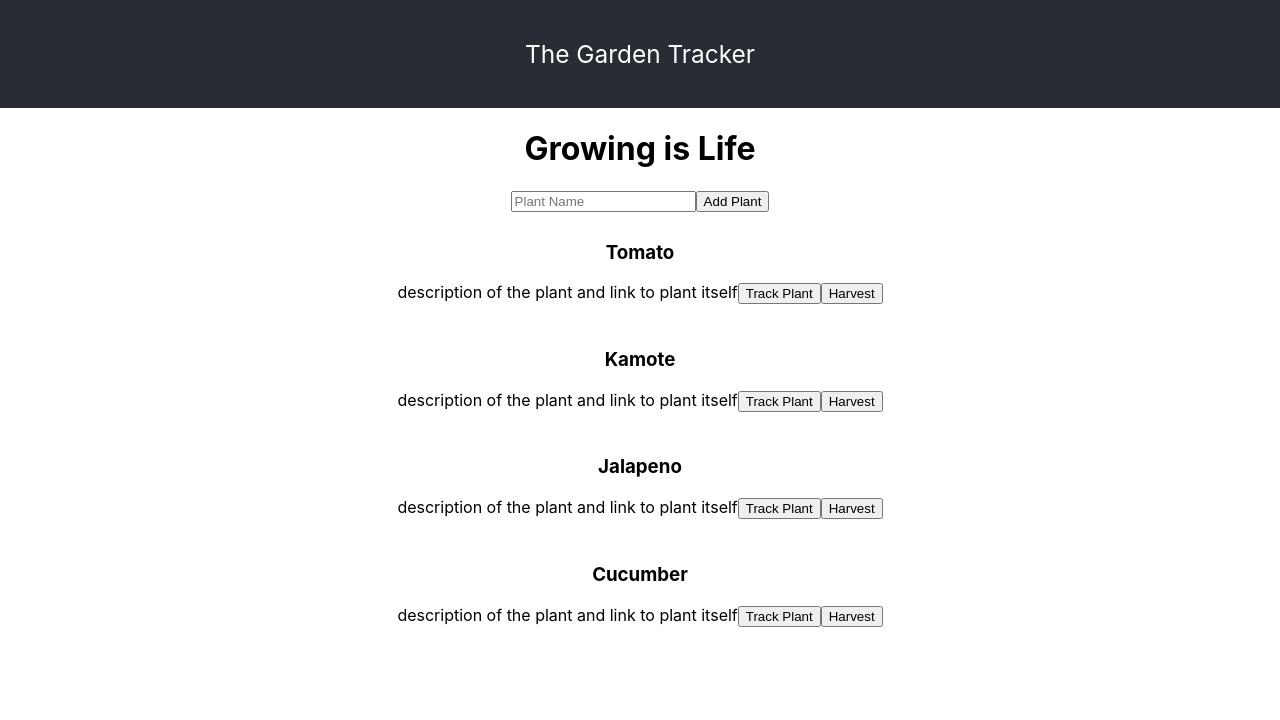
Repository: charliejp0311/gardentracker
Page: /
These files come from the project's save history. The page is drawn as it stood at one moment and after the next save; the edit follows.
The browser window is 1280 px wide. The pictures show the whole page.
The project was rebuilt for these pictures with package versions that can differ from the ones it lists, and the page was loaded fresh each time. Also part of the build but not shown: src/components/Harvest.js.

Above is the page before, as saved 2020-10-29 13:29:58.

After the next save:
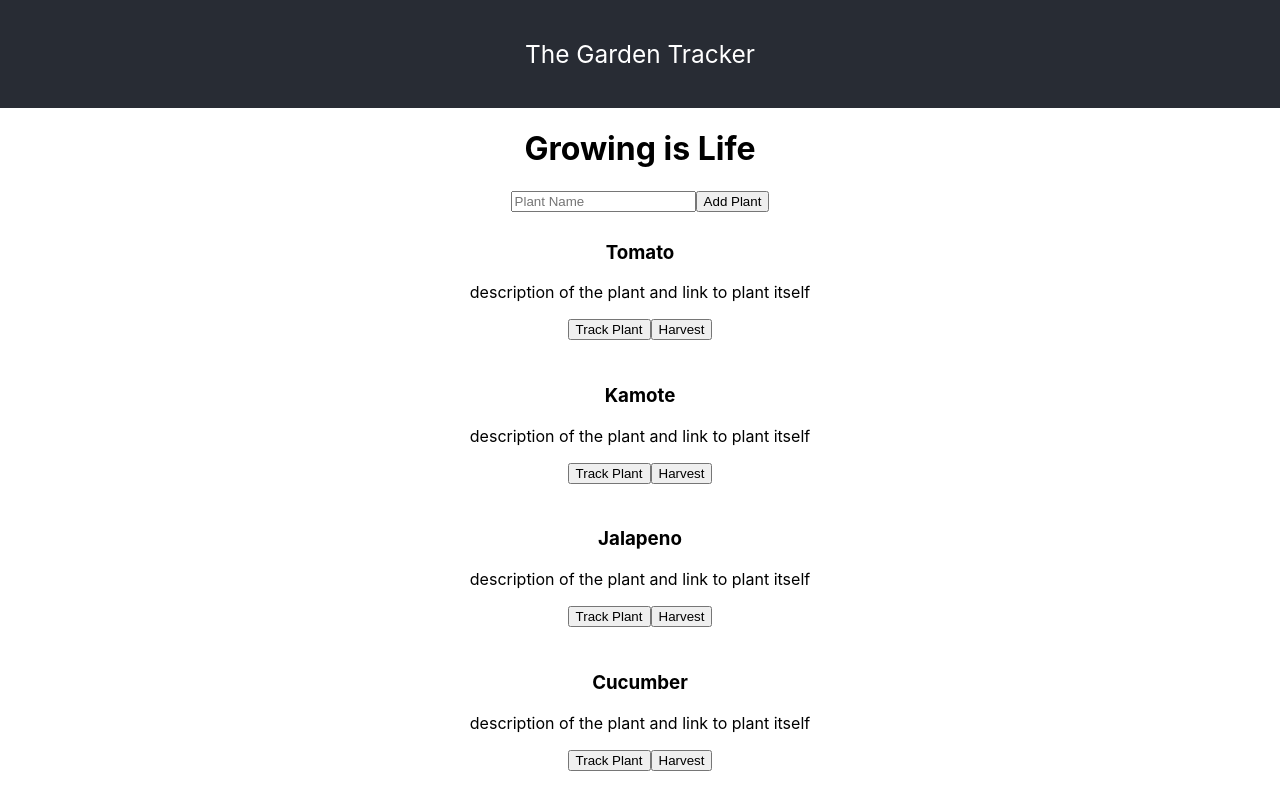
Saved 81 s later.
--- a/src/components/Plant.js
+++ b/src/components/Plant.js
@@ -19,7 +19,7 @@ class Plant extends Component{
         return(
             <div className='plant'>
                 <h3>{this.props.plant.name}</h3>
-                description of the plant and link to plant itself
+                <p>description of the plant and link to plant itself</p>
                 <button>Track Plant</button>
                 <button onClick={this.handleHarvest}>Harvest</button>
             </div>
